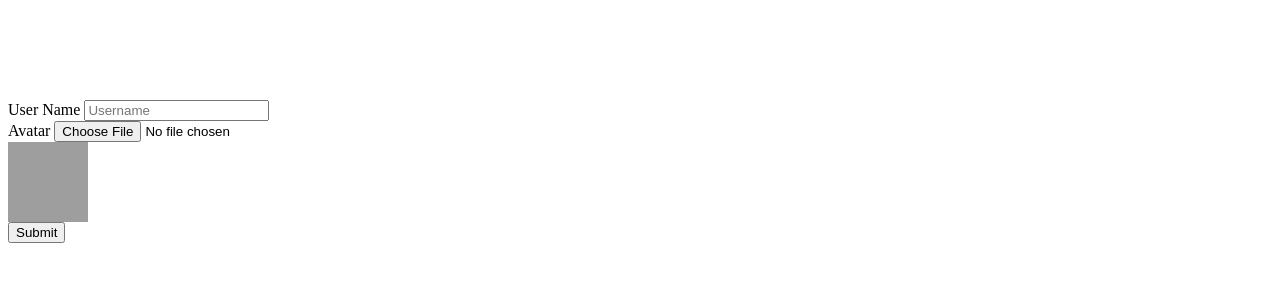
Repository: AnnPTit/Java04_jsp_servelet
Page: http://localhost/Asm/Layout/profile.jsp
An editor plug-in stored every save of this project. The page is shown before and after the next save, followed by the edit.
The browser window is 1280 px wide. The pictures show the whole page.
Pictures or frames that could not be fetched are drawn as grey boxes. The page is served by Tomcat 9.

Above is the page before, as saved 2023-04-08 08:00:31.

After the next save:
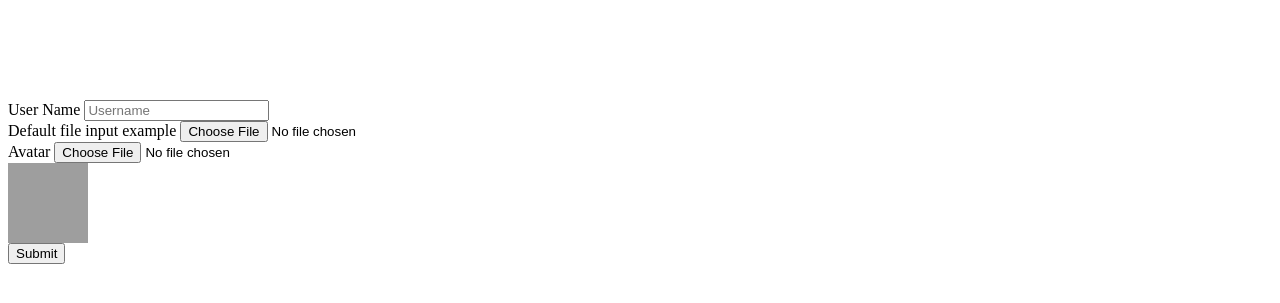
Saved 30 s later.
--- a/Asm/src/main/webapp/Layout/profile.jsp
+++ b/Asm/src/main/webapp/Layout/profile.jsp
@@ -7,10 +7,15 @@
 		<div class="input-group mb-3" style="margin-top: 100px">
 			<span class="input-group-text" id="basic-addon1">User Name</span> <input
 				type="text" class="form-control" placeholder="Username"
-				aria-label="Username" aria-describedby="basic-addon1" name="username" value="${userLogged.username}">
+				aria-label="Username" aria-describedby="basic-addon1"
+				name="username" value="${userLogged.username}">
 		</div>
 
 
+		<div class="mb-3">
+			<label for="formFile" class="form-label">Default file input
+				example</label> <input class="form-control" type="file" id="formFile">
+		</div>
 		<div>
 			<label>Avatar</label> <input type="file" name="avatar">
 		</div>

After the save that followed:
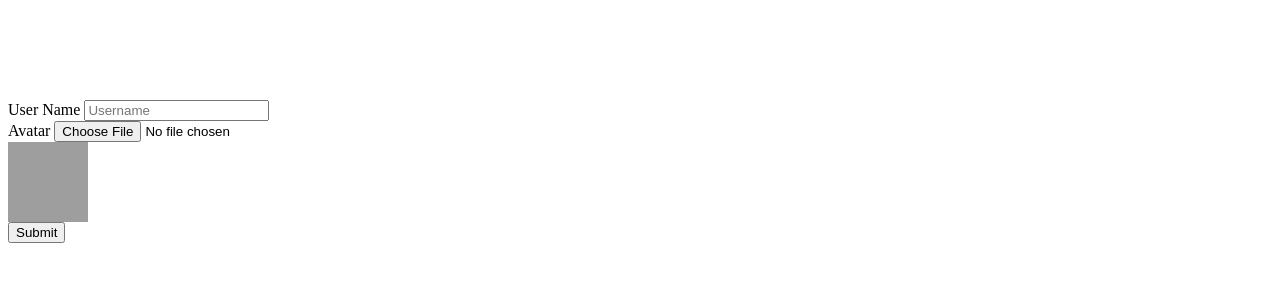
Saved 35 s later.
--- a/Asm/src/main/webapp/Layout/profile.jsp
+++ b/Asm/src/main/webapp/Layout/profile.jsp
@@ -13,12 +13,10 @@
 
 
 		<div class="mb-3">
-			<label for="formFile" class="form-label">Default file input
-				example</label> <input class="form-control" type="file" id="formFile">
+			<label for="formFile" class="form-label">Avatar
+				</label> <input class="form-control" type="file" id="formFile" name="avatar">
 		</div>
-		<div>
-			<label>Avatar</label> <input type="file" name="avatar">
-		</div>
+
 		<div>
 			<img width="80" height="80"
 				src="${pageContext.request.contextPath}/upload/${userLogged.avatar}">
